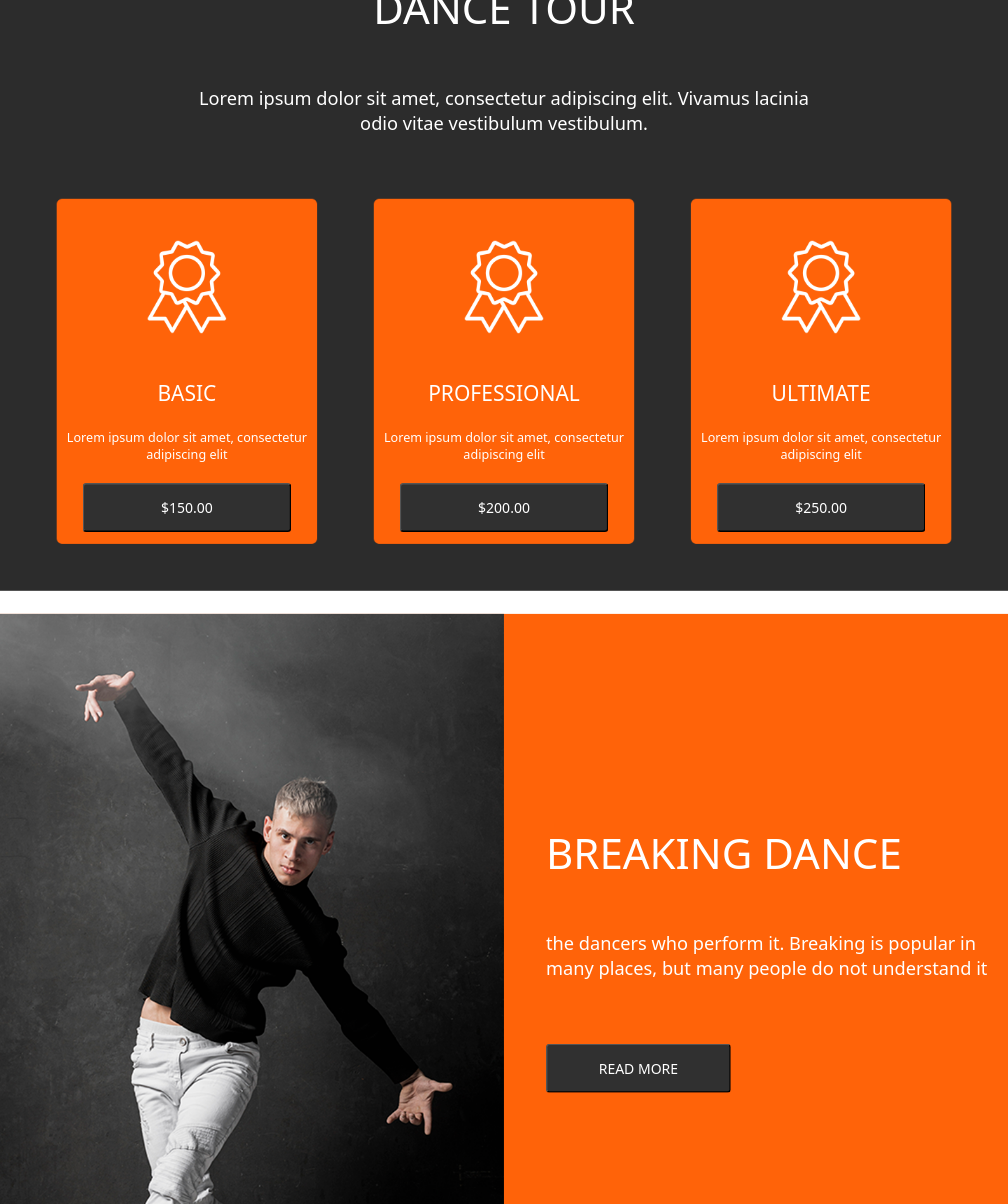
Repository: KinD2704/Web-University
Page: Bai30/index.html
The author's editor kept a copy of each file at every save. The page is drawn from the files as they stood at one save, then again after the next save.
The browser window is 1280 px wide. The page is 1440 px wide, so the pictures cover 1440 px, including what lies to the right of the window. The pictures show the part of the page from y = 1900 to 3620 px (the page is 4730 px tall), at 70% of full size.

Above is the page before, as saved 2023-12-23 21:42:43.

After the next save:
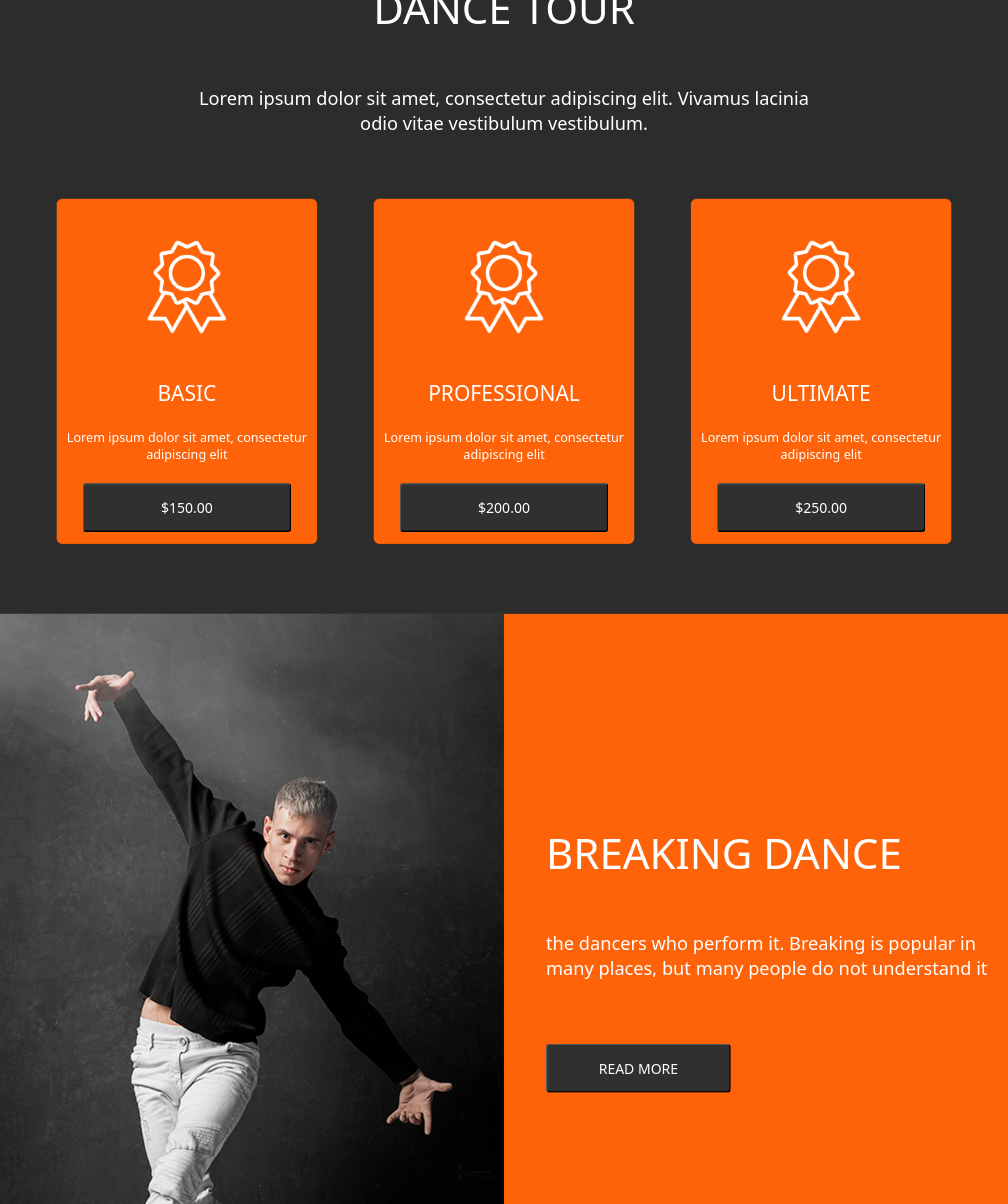
Saved 72 s later.
--- a/Bai30/css/styles.css
+++ b/Bai30/css/styles.css
@@ -107,7 +107,7 @@ header ul li:hover a {
 /* banner3 */
 .banner3 {
     background-image: url("../img/banner3.png");
-    height: 974px;
+    /* height: 974px; */
 }
 .banner3__item1 {
     color: white;

After the save that followed:
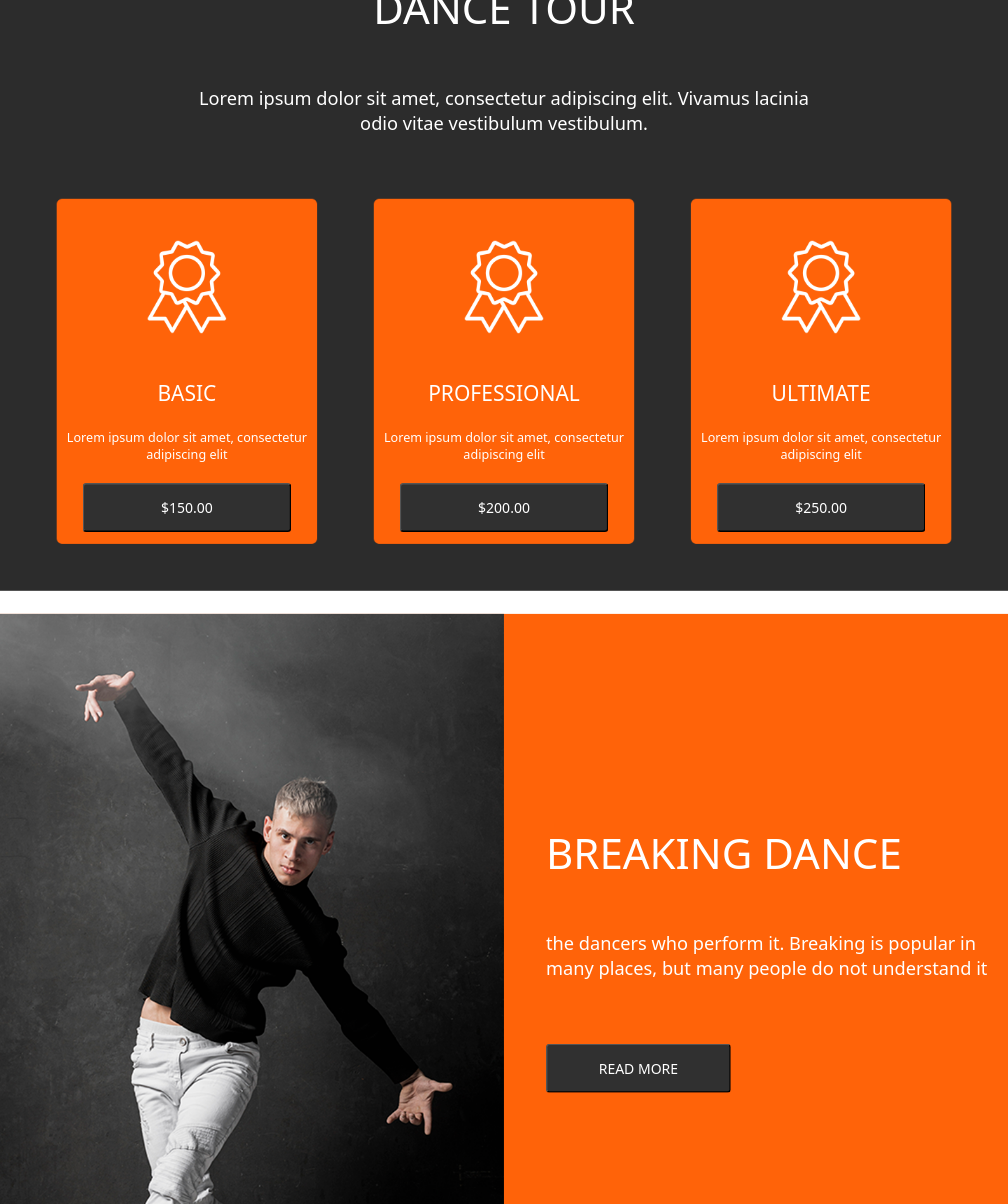
Saved 1 s later.
--- a/Bai30/index.html
+++ b/Bai30/index.html
@@ -69,7 +69,7 @@
                 </div>
             </div>
         </div>
-        <div class="banner3">
+        <div class="banner3 h-974">
             <div class="banner2__container">
                 <div class="banner2__text banner2__text1">
                     <p>Dance Tour</p>
